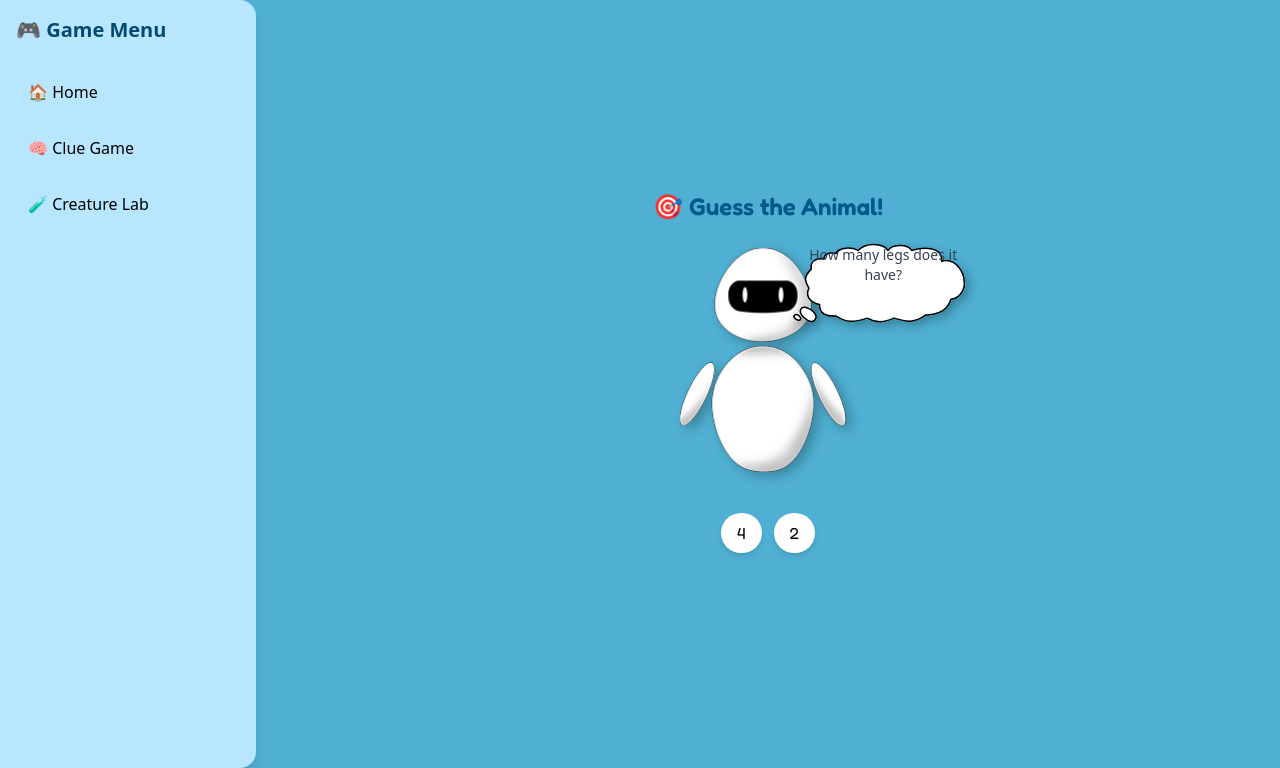
Repository: BN2323/TosAI
Page: /clue-game (app in client/)
The author's editor kept a copy of each file at every save. The page is drawn from the files as they stood at one save, then again after the next save.
The browser window is 1280 px wide. The pictures show the whole page.
The project was rebuilt for these pictures with package versions that can differ from the ones it lists, and the page was loaded fresh each time. Also part of the build but not shown: client/vite.config.js, client/src/components/NavButton.jsx, client/src/pages/Home.jsx, client/src/pages/CreatureLab.jsx.

Above is the page before, as saved 2025-07-06 23:16:59.

### client/index.html
<!doctype html>
<html lang="en">
  <head>
    <meta charset="UTF-8" />
    <link rel="icon" type="image/svg+xml" href="/vite.svg" />
    <meta name="viewport" content="width=device-width, initial-scale=1.0" />
    <title>Vite + React</title>
    <link href="https://fonts.googleapis.com/css2?family=Fredoka:wght@400;600&display=swap" rel="stylesheet">
  </head>
  <body>
    <div id="root"></div>
    <script type="module" src="/src/main.jsx"></script>
  </body>
</html>

### client/src/index.css
@import "tailwindcss";

@layer components{
  .background{
    height: 100vh;
    width: 100%;
  }
  .button-hover{
    background-color: #62FFA3;
  }
  .main-col{
    background-color: #69CFF3;
  }
}

body {
  background-color: #4FB0D3;
  width: 100%;
  height: 100vh;
  overflow: hidden;
}

### client/src/App.jsx
import { BrowserRouter, Routes, Route } from "react-router-dom";
import Home from "./pages/Home";
import ClueGame from "./pages/ClueGame";
import CreatureLab from "./pages/CreatureLab";
import NavBar from "./components/NavBar";

export default function App() {
  return (
    <BrowserRouter>
      <div className="flex min-h-screen">
        {/* Sidebar */}
        <NavBar />

        {/* Page Content */}
        <div className="flex-1 p-6">
          <Routes>
            <Route path="/" element={<Home />} />
            <Route path="/clue-game" element={<ClueGame />} />
            <Route path="/creature-lab" element={<CreatureLab />} />
          </Routes>
        </div>
      </div>
    </BrowserRouter>
  );
}

### client/src/pages/ClueGame.jsx
import React, { useState, useEffect } from "react";
import Botto from "../assets/botto.png"
import DClound from "../assets/dialog clound.svg"
import Pig from "../assets/animals/pig.jpg"
import Dog from "../assets/animals/dog.jpg"
import Cat from "../assets/animals/cat.jpg"
import Cow from "../assets/animals/cow.jpg"
import Sheep from "../assets/animals/sheep.jpg"
import Horse from "../assets/animals/horse.jpg"
import Chicken from "../assets/animals/chicken.jpg"
import Duck from "../assets/animals/duck.jpg"
import Eagle from "../assets/animals/eagle.jpg"
import Owl from "../assets/animals/owl.jpg"
import Parrot from "../assets/animals/parrot.jpg"

export const animals = [
  { name: "Pig", legs: 4, habitat: "Farm", fly: "no", size: "medium", active: "day", color: "pink", sound: "Oink", src: Pig },
  { name: "Dog", legs: 4, habitat: "House", fly: "no", size: "medium", active: "day", color: "varies", sound: "Woof", src: Dog },
  { name: "Cat", legs: 4, habitat: "House", fly: "no", size: "small", active: "night", color: "varies", sound: "Meow", src: Cat },
  { name: "Cow", legs: 4, habitat: "Farm", fly: "no", size: "large", active: "day", color: "black and white", sound: "Moo", src: Cow },
  { name: "Sheep", legs: 4, habitat: "Farm", fly: "no", size: "medium", active: "day", color: "white", sound: "Baa", src: Sheep },
  { name: "Horse", legs: 4, habitat: "Farm", fly: "no", size: "large", active: "day", color: "brown", sound: "Neigh", src: Horse },
  { name: "Chicken", legs: 2, habitat: "Farm", fly: "yes", size: "small", active: "day", color: "white", sound: "Cluck", src: Chicken },
  { name: "Duck", legs: 2, habitat: "Pond", fly: "yes", size: "medium", active: "day", color: "white", sound: "Quack", src: Duck },
  { name: "Eagle", legs: 2, habitat: "Forest", fly: "yes", size: "large", active: "day", color: "brown", sound: "Screech", src: Eagle },
  { name: "Owl", legs: 2, habitat: "Forest", fly: "yes", size: "small", active: "night", color: "brown", sound: "Hoot", src: Owl },
  { name: "Parrot", legs: 2, habitat: "House", fly: "yes", size: "small", active: "day", color: "green", sound: "Squawk", src: Parrot },
  // { name: "Bee", legs: 6, habitat: "Garden", fly: "yes", size: "tiny", active: "day", color: "yellow", sound: "Buzz", src: Bee },
  // { name: "Butterfly", legs: 6, habitat: "Garden", fly: "yes", size: "tiny", active: "day", color: "varies", sound: "Silent", src: Butterfly },
  // { name: "Frog", legs: 4, habitat: "Pond", fly: "no", size: "small", active: "night", color: "green", sound: "Croak", src: Frog },
  // { name: "Snake", legs: 0, habitat: "Forest", fly: "no", size: "medium", active: "day", color: "green", sound: "Hiss", src: Snake },
  // { name: "Wolf", legs: 4, habitat: "Forest", fly: "no", size: "medium", active: "night", color: "gray", sound: "Howl", src: Wolf },
  // { name: "Bear", legs: 4, habitat: "Forest", fly: "no", size: "large", active: "day", color: "brown", sound: "Growl", src: Bear },
  // { name: "Polar Bear", legs: 4, habitat: "Arctic", fly: "no", size: "large", active: "day", color: "white", sound: "Growl", src: PolarBear },
  // { name: "Penguin", legs: 2, habitat: "Arctic", fly: "no", size: "medium", active: "day", color: "black and white", sound: "Honk", src: Penguin },
  // { name: "Kangaroo", legs: 2, habitat: "Grassland", fly: "no", size: "large", active: "day", color: "brown", sound: "Chortle", src: Kangaroo },
  // { name: "Elephant", legs: 4, habitat: "Savanna", fly: "no", size: "large", active: "day", color: "gray", sound: "Trumpet", src: Elephant },
  // { name: "Lion", legs: 4, habitat: "Savanna", fly: "no", size: "large", active: "day", color: "golden", sound: "Roar", src: Lion },
  // { name: "Tiger", legs: 4, habitat: "Forest", fly: "no", size: "large", active: "night", color: "orange", sound: "Roar", src: Tiger },
  // { name: "Deer", legs: 4, habitat: "Forest", fly: "no", size: "medium", active: "day", color: "brown", sound: "Bleat", src: Deer },
  // { name: "Giraffe", legs: 4, habitat: "Savanna", fly: "no", size: "large", active: "day", color: "yellow", sound: "Silent", src: Giraffe },
  // { name: "Monkey", legs: 2, habitat: "Forest", fly: "no", size: "small", active: "day", color: "brown", sound: "Chatter", src: Monkey },
  // { name: "Gorilla", legs: 2, habitat: "Forest", fly: "no", size: "large", active: "day", color: "black", sound: "Grunt", src: Gorilla },
  // { name: "Fox", legs: 4, habitat: "Forest", fly: "no", size: "small", active: "night", color: "red", sound: "Yip", src: Fox },
  // { name: "Bat", legs: 2, habitat: "Cave", fly: "yes", size: "small", active: "night", color: "black", sound: "Screech", src: Bat },
  // { name: "Rabbit", legs: 4, habitat: "Garden", fly: "no", size: "small", active: "night", color: "white", sound: "Silent", src: Rabbit },
  // { name: "Dolphin", legs: 0, habitat: "Ocean", fly: "no", size: "large", active: "day", color: "gray", sound: "Click", src: Dolphin },
  // { name: "Whale", legs: 0, habitat: "Ocean", fly: "no", size: "large", active: "day", color: "blue", sound: "Song", src: Whale },
  // { name: "Shark", legs: 0, habitat: "Ocean", fly: "no", size: "large", active: "day", color: "gray", sound: "Silent", src: Shark },
  // { name: "Goldfish", legs: 0, habitat: "Pond", fly: "no", size: "small", active: "day", color: "orange", sound: "Silent", src: Goldfish },
  // { name: "Crab", legs: 10, habitat: "Beach", fly: "no", size: "small", active: "day", color: "red", sound: "Clack", src: Crab },
  // { name: "Lobster", legs: 10, habitat: "Ocean", fly: "no", size: "medium", active: "night", color: "red", sound: "Clack", src: Lobster }
];


const questions = [
  { key: "legs", label: "How many legs does it have?" },
  { key: "fly", label: "Can it fly?" },
  { key: "habitat", label: "Where does it live?" },
  { key: "size", label: "What is its size?" },
  { key: "active", label: "Is it active during the day or night?" },
  { key: "color", label: "What is its main color?" },
  { key: "sound", label: "What sound does it make?" }
];

export default function ClueGame() {
  const [answers, setAnswers] = useState({});
  const [currentQIndex, setCurrentQIndex] = useState(0);
  const [gameOver, setGameOver] = useState(false);

  // Filter animals based on answers so far
  const remainingAnimals = animals.filter((animal) => {
    return Object.entries(answers).every(
      ([key, value]) => animal[key] === value
    );
  });

  // If only one animal left, end game
  if (remainingAnimals.length === 1 && !gameOver) {
    setGameOver(true);
  }

  // If no animals left, end game
  if (remainingAnimals.length === 0 && !gameOver) {
    setGameOver(true);
  }

  // Helper to get unique options for current question
  const getValidOptions = (questionKey, animalsList) => {
    const options = animalsList.map((a) => a[questionKey]);
    return [...new Set(options)];
  };

  const currentQuestion = questions[currentQIndex];

  // Options for current question filtered by remaining animals
  const options =
    currentQuestion && getValidOptions(currentQuestion.key, remainingAnimals);

  function handleAnswer(option) {
    const newAnswers = { ...answers, [currentQuestion.key]: option };
    setAnswers(newAnswers);

    // Filter animals after this answer
    const filtered = animals.filter((animal) =>
      Object.entries(newAnswers).every(([k, v]) => animal[k] === v)
    );

    if (filtered.length === 1 || filtered.length === 0) {
      setGameOver(true);
    } else {
      setCurrentQIndex(currentQIndex + 1);
    }
  }

  useEffect(() => {
    if (!gameOver && options && options.length === 1) {
      handleAnswer(options[0]);
      console.log(answers);
    }
  }, [options, gameOver]);

  return (
    <div className="min-h-screen w-full flex flex-col items-center justify-center px-4 py-6">
      {/* Game Title */}
      <h1 style={{ fontFamily: "Fredoka, sans-serif" }} className="text-2xl text-sky-800 font-semibold mb-4">
        🎯 Guess the Animal!
      </h1>

      {/* Bot + Question Bubble */}
      <div className="relative mb-6">
        <img src={Botto} alt="Bot" className="w-36 md:w-48" />
        <div className="absolute -top-2 left-[60%] w-48 h-28">
          <img src={DClound} alt="Speech Bubble" className="w-full h-full" />
          <div className="absolute top-5 left-4 right-4 flex items-center justify-center text-center">
            <p className="relative bottom-1.5 text-sm text-gray-700">{currentQuestion.label}</p>
          </div>
        </div>
      </div>

      {/* Answer Buttons */}
      {!gameOver && currentQuestion && options.length > 1 && (
        <div className="flex flex-wrap gap-3 justify-center mb-6">
          {options.map((option) => (
            <button
              key={option}
              onClick={() => handleAnswer(option)}
              className="px-4 py-2 bg-white text-black text-base rounded-full shadow-md transition hover:bg-emerald-300 hover:scale-105"
              style={{ fontFamily: "Fredoka, sans-serif" }}
            >
              {option}
            </button>
          ))}
        </div>
      )}

      {/* Result */}
      {gameOver && (
        <div className="flex flex-col items-center mt-4">
          <div className="backdrop-blur-md bg-white/50 border border-white/30 rounded-2xl shadow-md px-4 py-4 w-72 h-52 flex flex-col items-center justify-between">
            <h3 className="text-lg font-medium text-sky-900">
              {remainingAnimals.length === 1
                ? `It's a ${remainingAnimals[0].name}! 🎉`
                : "Hmm... I don’t know. 😕"}
            </h3>
            <div className="w-28 h-28 overflow-hidden rounded-xl">
              {remainingAnimals[0] && (
                <img src={remainingAnimals[0].src} alt={remainingAnimals[0].name} className="object-cover w-full h-full" />
              )}
            </div>
          </div>

          <button
            onClick={() => {
              setAnswers({});
              setCurrentQIndex(0);
              setGameOver(false);
            }}
            className="mt-4 px-4 py-2 bg-white text-black text-base rounded-full shadow-md hover:bg-emerald-300 hover:scale-105"
            style={{ fontFamily: "Fredoka, sans-serif" }}
          >
            🔁 Play Again
          </button>
        </div>
      )}
    </div>
  );
}

### client/src/components/NavBar.jsx
import { Link } from "react-router-dom";

function NavBar() {
  return (
    <nav className="w-64 min-h-screen bg-sky-200 shadow-lg p-4 flex flex-col gap-2 rounded-tr-2xl rounded-br-2xl">
      <h2 className="text-xl font-bold text-sky-900 mb-4">🎮 Game Menu</h2>

      <Link
        to="/"
        className="p-3 rounded-lg hover:bg-amber-300 transition-colors duration-200 font-medium"
      >
        🏠 Home
      </Link>

      <Link
        to="/clue-game"
        className="p-3 rounded-lg hover:bg-amber-300 transition-colors duration-200 font-medium"
      >
        🧠 Clue Game
      </Link>

      <Link
        to="/creature-lab"
        className="p-3 rounded-lg hover:bg-amber-300 transition-colors duration-200 font-medium"
      >
        🧪 Creature Lab
      </Link>
    </nav>
  );
}

export default NavBar;

Loaded but not shown: client/src/main.jsx (common file)

After the next save:
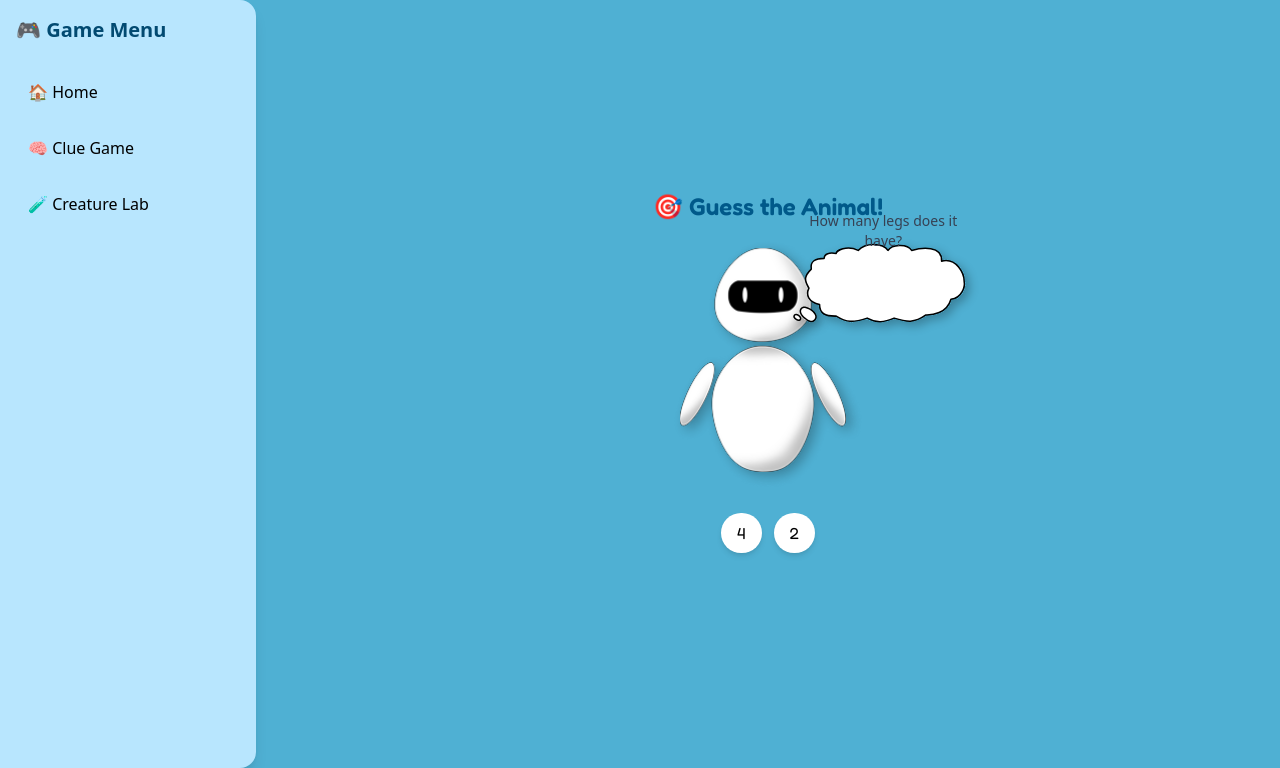
Saved 8 s later.
--- a/client/src/pages/ClueGame.jsx
+++ b/client/src/pages/ClueGame.jsx
@@ -133,7 +133,7 @@ export default function ClueGame() {
         <div className="absolute -top-2 left-[60%] w-48 h-28">
           <img src={DClound} alt="Speech Bubble" className="w-full h-full" />
           <div className="absolute top-5 left-4 right-4 flex items-center justify-center text-center">
-            <p className="relative bottom-1.5 text-sm text-gray-700">{currentQuestion.label}</p>
+            <p className="relative bottom-10 text-sm text-gray-700">{currentQuestion.label}</p>
           </div>
         </div>
       </div>
